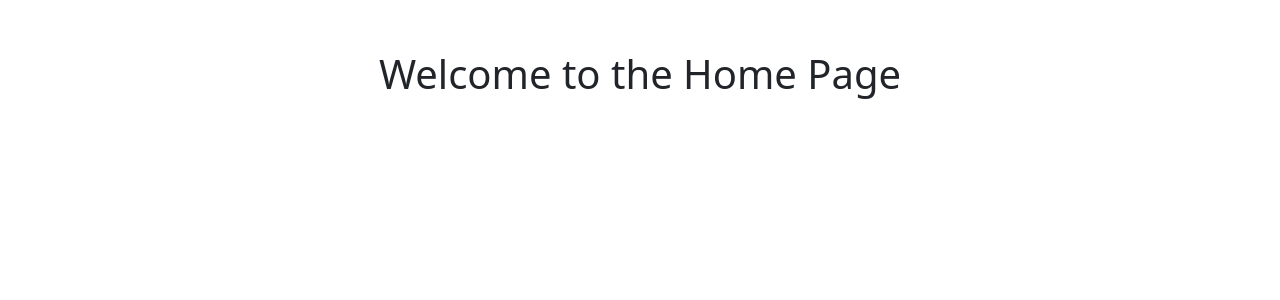
Repository: kapucuonur/LOGIN_REGISTER
Page: /home (app in client/)
These files come from the project's save history. The page is drawn as it stood at one moment and after the next save; the edit follows.
The browser window is 1280 px wide. The pictures show the whole page.
The project was rebuilt for these pictures with package versions that can differ from the ones it lists, and the page was loaded fresh each time. Also part of the build but not shown: client/vite.config.js, client/src/Signup.jsx, client/src/Login.jsx.

Above is the page before, as saved 2024-11-20 23:17:49.

### client/src/App.jsx
import { useState } from 'react'
import 'bootstrap/dist/css/bootstrap.min.css'
import Signup from './Signup'
import {BrowserRouter, Routes, Route} from 'react-router-dom'
import Login from './Login'
import Home from './Home'
import { ToastContainer } from "react-toastify";
import "react-toastify/dist/ReactToastify.css";

function App() {
    return (
        <>
            {/* ToastContainer global olarak bildirimleri gösterecek */}
            <ToastContainer
             position="top-right" // Bildirim konumu
             autoClose={3000} // Otomatik kapanma süresi (ms)
             hideProgressBar={false} // İlerleme çubuğu
             newestOnTop={true} // Yeni bildirimler üstte görünsün
             closeOnClick // Tıklanınca kapansın
             pauseOnHover // Fare ile üzerine gelince duraklasın
             draggable // Sürüklenebilir olsun
             theme="light" // Tema: "light", "dark" veya "colored"
            />

            {/* React Router ile yönlendirmeler */}
            <BrowserRouter>
                <Routes>
                    <Route path="/register" element={<Signup />} />
                    <Route path="/login" element={<Login />} />
                    <Route path="/home" element={<Home />} />
                </Routes>
            </BrowserRouter>
        </>
    );
}

export default App;

### client/src/Home.jsx
import React from "react";

function Home() {
    return (
      <div style={{ textAlign: "center", marginTop: "50px" }}>
        <h1>Welcome to the Home Page</h1>
      </div>
    );
  }

export default Home;

Loaded but not shown: client/index.html (common file); client/src/main.jsx (common file)

After the next save:
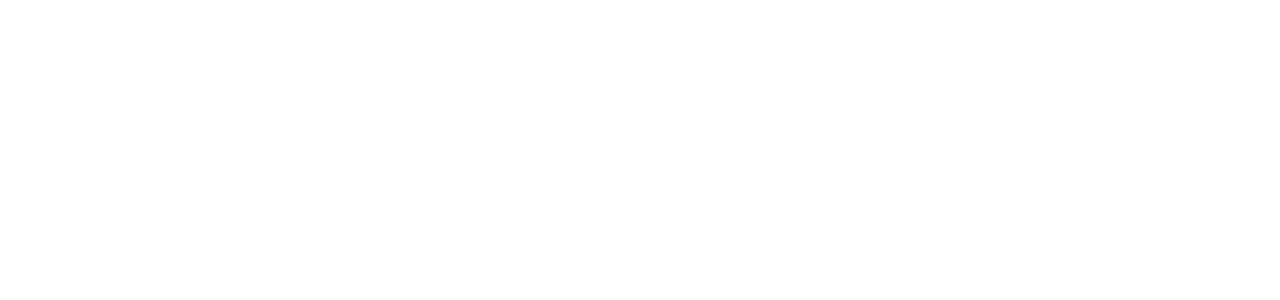
Console error (its wording comes from the project's code and is left out).
Saved 2 min 27 s later.
--- a/client/src/App.jsx
+++ b/client/src/App.jsx
@@ -24,6 +24,7 @@
 
             {/* React Router ile yönlendirmeler */}
             <BrowserRouter>
+            future={{ v7_relativeSplatPath: true }}
                 <Routes>
                     <Route path="/register" element={<Signup />} />
                     <Route path="/login" element={<Login />} />

After the 2 saves that followed:
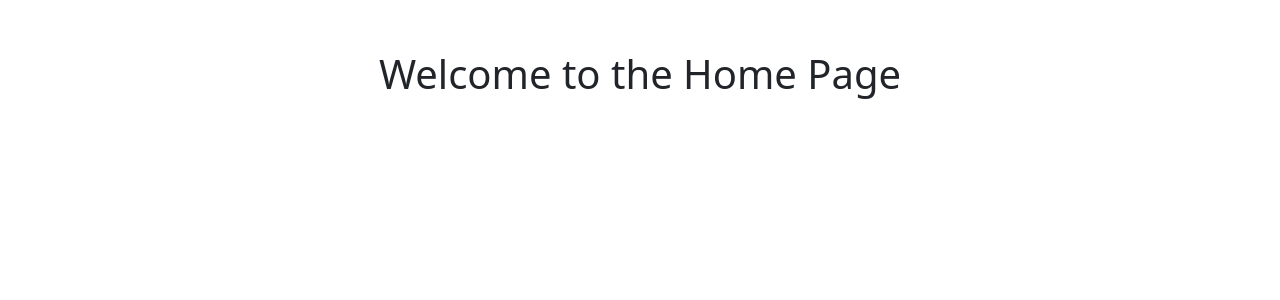
The error is gone.
The 2 saves are shown as one change because 1 left the picture as it was.
The last was saved 66 s later.
--- a/client/src/App.jsx
+++ b/client/src/App.jsx
@@ -24,8 +24,9 @@
 
             {/* React Router ile yönlendirmeler */}
             <BrowserRouter>
-            future={{ v7_relativeSplatPath: true }}
+
                 <Routes>
+
                     <Route path="/register" element={<Signup />} />
                     <Route path="/login" element={<Login />} />
                     <Route path="/home" element={<Home />} />
